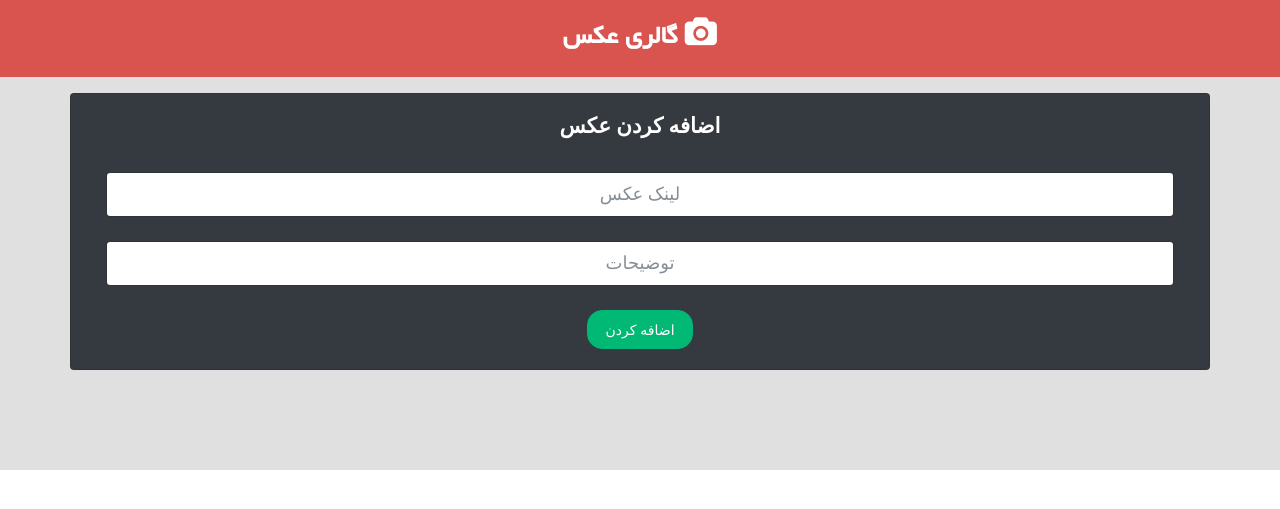
Repository: sadegh1379/PhotoWall-app
Page: /addphoto
These files come from the project's save history. The page is drawn as it stood at one moment and after a run of saves; the edit follows.
The browser window is 1280 px wide. The pictures show the whole page.
The project was rebuilt for these pictures with package versions that can differ from the ones it lists, and the page was loaded fresh each time. Also part of the build but not shown: src/Component/Photo.js, src/Component/PhotoWall.js.

Above is the page before, as saved 2020-02-22 13:26:38.

### public/index.html
<!DOCTYPE html>
<html lang="en">
  <head>
    <meta charset="utf-8" />
    <link rel="icon" href="%PUBLIC_URL%/favicon.ico" />
    <meta name="viewport" content="width=device-width, initial-scale=1" />
    <meta name="theme-color" content="#000000" />
    <link rel="stylesheet" href="https://stackpath.bootstrapcdn.com/font-awesome/4.7.0/css/font-awesome.min.css">
    <meta
      name="description"
      content="Web site created using create-react-app"
    />
    <link rel="apple-touch-icon" href="%PUBLIC_URL%/logo192.png" />
    <!--
      manifest.json provides metadata used when your web app is installed on a
      user's mobile device or desktop. See https://developers.google.com/web/fundamentals/web-app-manifest/
    -->
    <link rel="manifest" href="%PUBLIC_URL%/manifest.json" />
    <!--
      Notice the use of %PUBLIC_URL% in the tags above.
      It will be replaced with the URL of the `public` folder during the build.
      Only files inside the `public` folder can be referenced from the HTML.

      Unlike "/favicon.ico" or "favicon.ico", "%PUBLIC_URL%/favicon.ico" will
      work correctly both with client-side routing and a non-root public URL.
      Learn how to configure a non-root public URL by running `npm run build`.
    -->
    <title>React App</title>
  </head>
  <body>
    <noscript>You need to enable JavaScript to run this app.</noscript>
    <div id="root"></div>
    <!--
      This HTML file is a template.
      If you open it directly in the browser, you will see an empty page.

      You can add webfonts, meta tags, or analytics to this file.
      The build step will place the bundled scripts into the <body> tag.

      To begin the development, run `npm start` or `yarn start`.
      To create a production bundle, use `npm run build` or `yarn build`.
    -->
  </body>
</html>

### src/App.js
import React , { Component } from 'react';
import { BrowserRouter as Router , Route, Switch } from 'react-router-dom';
import Title from './Component/Title';
import PhotoWall from './Component/PhotoWall';
import './bootswatch.css';
import AddPhoto from './Component/AddPhoto';
import './App.css';

class App extends Component {

  constructor(){

      super()

      this.state = {
        posts : [
          {
            id : "0" ,
            description : "صادق اکبری" ,
            imageLink : "https://dkt6rvnu67rqj.cloudfront.net/cdn/ff/tpWy09V5tfN_Il2UBj8nPU4FZvPDpNBQSecbyXiqbuM/1574345660/public/styles/322x405/public/media/int_files/1008357.jpg?itok=c5qoLzeh"
          },
          {
           id : "1" ,
           description : "علی میرزایی" ,
           imageLink : "https://dkt6rvnu67rqj.cloudfront.net/cdn/ff/tpWy09V5tfN_Il2UBj8nPU4FZvPDpNBQSecbyXiqbuM/1574345660/public/styles/322x405/public/media/int_files/1008357.jpg?itok=c5qoLzeh"
         }
         ,{
           id : "5" ,
           description :" سارا ممبینی" ,
           imageLink :"https://thetyee.ca/Culture/2017/10/31/FawnLawn.jpg"

         },
         {
          id : "6" ,
          description : "صادق اکبری" ,
          imageLink : "https://dkt6rvnu67rqj.cloudfront.net/cdn/ff/tpWy09V5tfN_Il2UBj8nPU4FZvPDpNBQSecbyXiqbuM/1574345660/public/styles/322x405/public/media/int_files/1008357.jpg?itok=c5qoLzeh"
        },
        {
         id : "7" ,
         description : "علی میرزایی" ,
         imageLink : "https://www.iata.org/contentassets/d7c512eb9a704ba2a8056e3186a31921/cargo_live_animals_parrot.jpg?w=330&h=200&mode=crop&scale=both&v=20191213012337"
       }
       ,{
         id : "8" ,
         description :" سارا ممبینی" ,
         imageLink :"https://images.unsplash.com/photo-1497752531616-c3afd9760a11?ixlib=rb-1.2.1&w=1000&q=80"

       }
        ]

    }
  }

// Remove post
 onRemovePost = (removedPost) =>{

      this.setState((state)=>({
          posts : state.posts.filter(post => post !== removedPost)
      }))

  }

  render(){
      return (
        <div className="body">
              <Router>
                  <Title title="گالری عکس"/>
                  <Switch>

                      <Route exact path="/" render={()=>(
                              <div>
                                  <PhotoWall onRemovePost={this.onRemovePost} posts={this.state.posts}/>
                              </div>
                      )}/>

                        <Route exact path="/addphoto" component={AddPhoto}/>
                </Switch>
            </Router>
        </div>
      );
}
}

export default App;

### src/Component/Title.js
import React from 'react';
import PropTypes from 'prop-types';


function Title(props) {
    return (
            <p className=" bg-danger text-white py-3 p-title text-center">{props.title} <span className="fa fa-camera"></span></p>
    )
}

Title.propTypes = {
    title : PropTypes.string.isRequired
}

export default Title;

### src/Component/AddPhoto.js
import React, { Component } from 'react'

export class AddPhoto extends Component {
    render() {
        return (
            <div className="card form-card card-body bg-dark container">
                <h5 className="text-white text-center">اضافه کردن عکس</h5>
                <form className="container add-form">
                    <input type="text" placeholder="لینک عکس" className="form-control my-4 text-center"/>
                    <input type="text" placeholder="توضیحات" className="form-control text-center" />
                      <div className="d-flex justify-content-center mt-4">
                            <button type="submit" className="btn btn-success ">اضافه کردن</button>
                      </div>

                </form>
            </div>
        )
    }
}

export default AddPhoto;

### src/App.css
.p-title{
    font-size: 30px;
    color:white ;
    font-weight: bolder;
    font-family: 'Byekan';
}

.body{
    font-family: 'Brekan';
    background-color: #E0E0E0;
    padding-bottom: 100px;
}

 .photo-grid{
    /* max-width: 1000px; */
    margin: 0 auto;
    display: flex;
    flex-wrap: wrap;
    justify-content: center;
}

@font-face{
    font-family: 'Byekan';
    src:url('./Component/fonst/Yekan.ttf');
}

.photo-card{
  margin: 10px 10px;
  box-shadow: 5px 5px 5px 5px #888888;
}

.add-icon{
    text-align: center;
    margin: 20px auto;
    color:white  !important;
    background-color: rgb(62, 112, 75);
    padding: 20px;
    border-radius: 70px;

}

.add-form input{

    font-size: 18px;
    color:black;
}

.

Loaded but not shown: src/index.js (common file); src/index.css (common file); src/bootswatch.css (library)

After the next 4 saves:
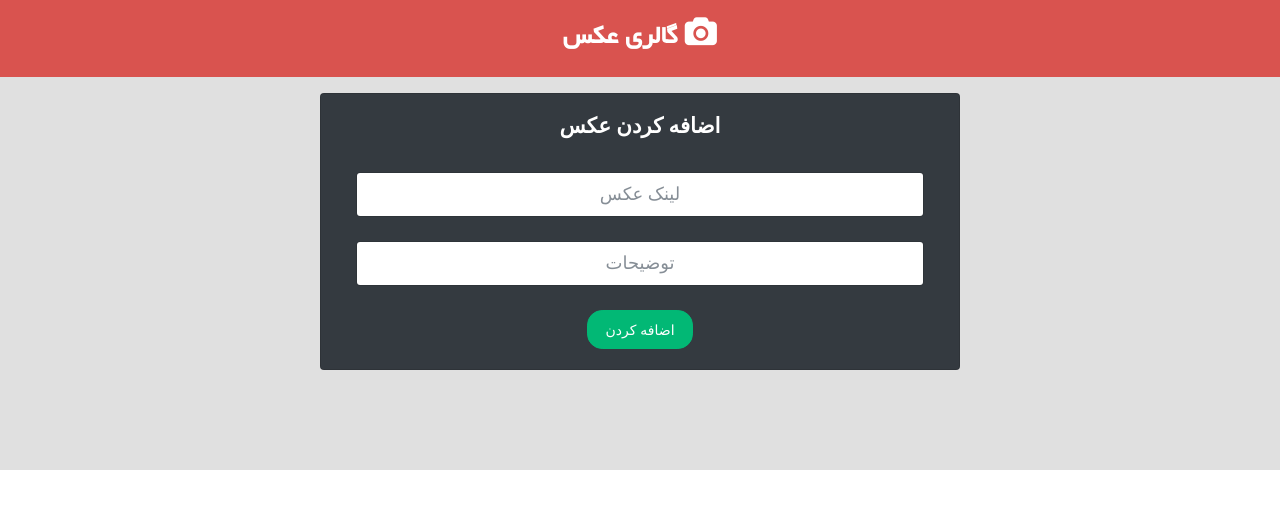
The 4 saves are shown as one change because they came seconds apart.
The last was saved 9 s later.
--- a/src/App.css
+++ b/src/App.css
@@ -45,4 +45,6 @@
     color:black;
 }
 
-.
+.form-card{
+    width: 50%;
+}
